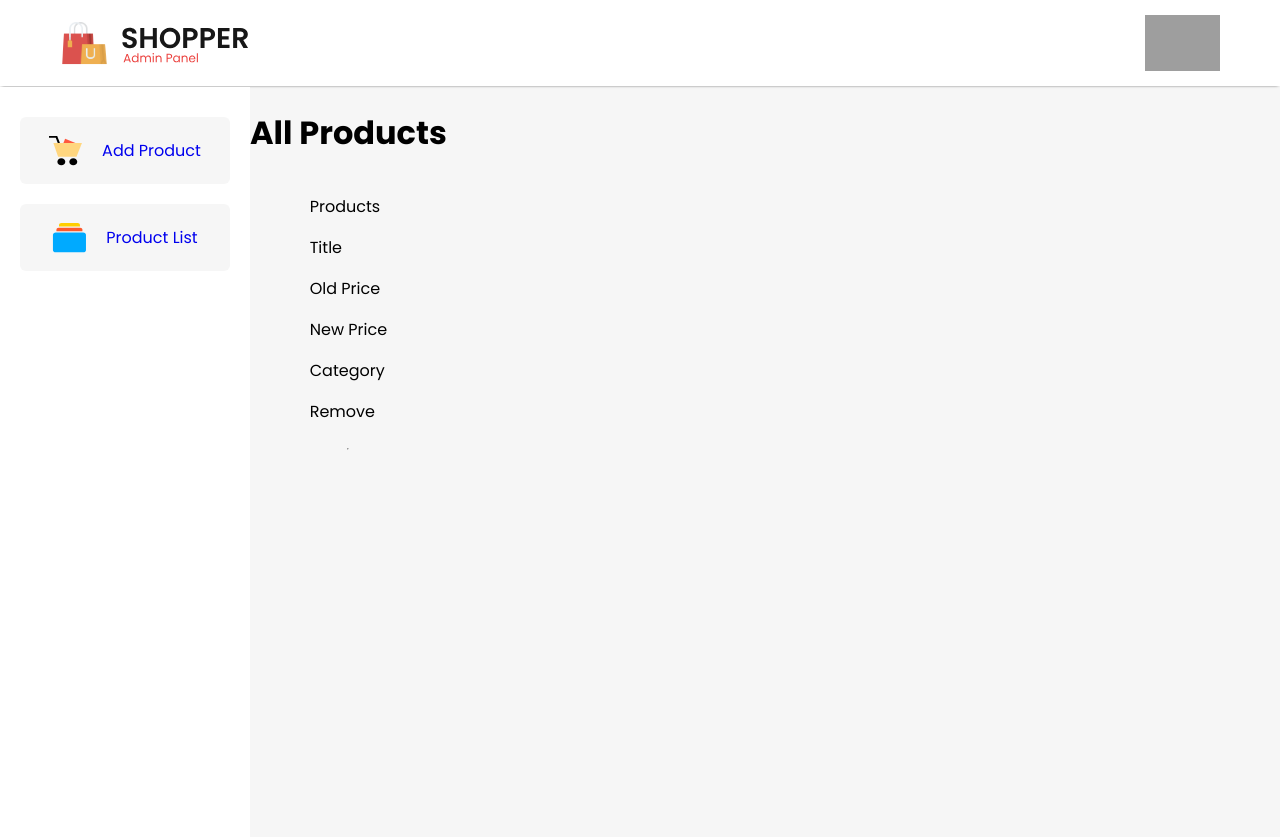
Repository: AiTrinh303/Simple-Shop
Page: /listproduct (app in admin/)
These files come from the project's save history. The page is drawn as it stood at one moment and after a run of saves; the edit follows.
The browser window is 1280 px wide. The pictures show the whole page.
Pictures or frames that could not be fetched are drawn as grey boxes. The page's requests for data from a server got no answer. The project was rebuilt for these pictures with package versions that can differ from the ones it lists, and the page was loaded fresh each time. No one was signed in, and anything a server would have sent is missing. Also part of the build but not shown: admin/vite.config.js, admin/src/Components/AddProduct/AddProduct.css, admin/src/Components/AddProduct/AddProduct.jsx.

Above is the page before, as saved 2024-07-05 22:18:46.

### admin/index.html
<!doctype html>
<html lang="en">
  <head>
    <meta charset="UTF-8" />
    <link rel="icon" type="image/svg+xml" href="/vite.svg" />
    <meta name="viewport" content="width=device-width, initial-scale=1.0" />
    <link rel="preconnect" href="https://fonts.googleapis.com">
    <link rel="preconnect" href="https://fonts.gstatic.com" crossorigin>
    <link href="https://fonts.googleapis.com/css2?family=Poppins:ital,wght@0,100;0,200;0,300;0,400;0,500;0,600;0,700;0,800;0,900;1,100;1,200;1,300;1,400;1,500;1,600;1,700;1,800;1,900&display=swap" rel="stylesheet">
    <title>Admin Page</title>
  </head>
  <body>
    <div id="root"></div>
    <script type="module" src="/src/main.jsx"></script>
  </body>
</html>

### admin/src/main.jsx
import React from 'react'
import ReactDOM from 'react-dom/client'
import App from './App.jsx'
import './index.css'
import {BrowserRouter as Router} from 'react-router-dom'

ReactDOM.createRoot(document.getElementById('root')).render(
  <React.StrictMode>
    <Router>
        <App />
    </Router>
  </React.StrictMode>,
)

### admin/src/App.jsx
import Navbar from "./Components/Navbar/Navbar"
import Admin from "./Pages/Admin/Admin"



function App() {


  return (
    <div>
      <Navbar />
      <Admin />
    </div>
  )
}

export default App

### admin/src/index.css
body{
  margin: 0;
  font-family: 'Poppins';
  background-color: #f6f6f6;
  height: 100vh;
}

### admin/src/Components/Navbar/Navbar.jsx

import './Navbar.css'
import navlogo from '../../assets/nav-logo.svg'
import navProfile from '../../assets/nav-profile.svg'

const Navbar = () => {
  return (
    <div className='navbar'>
      <img src={navlogo} alt="logo" className="nav-logo" />
      <img src={navProfile} alt="" className="nav-profile"/>
    </div>
  )
}

export default Navbar

### admin/src/Pages/Admin/Admin.jsx

import './Admin.css'
import Sidebar from '../../Components/Sidebar/Sidebar'
import {Routes, Route} from 'react-router-dom'
import AddProduct from '../../Components/AddProduct/AddProduct'
import ListProduct from '../../Components/ListProduct/ListProduct'

const Admin = () => {
  return (
    <div className='admin'>
      <Sidebar />
      <Routes>
        <Route path='/addproduct' element={<AddProduct />} />
        <Route path='/listproduct' element={<ListProduct />} />
      </Routes>
    </div>
  )
}

export default Admin

### admin/src/Components/Navbar/Navbar.css
.navbar{
    display: flex;
    align-items: center;
    justify-content: space-between;
    padding: 15px 60px;
    box-shadow: 0 1px 3px -2px #000;
    margin-bottom: 1px;
    background: white;

}
.nav-logo {
    width:200px;
}

.nav-profile{
    width: 75px;
}

@media(max-width: 800px){
    .navbar{
        padding: 15px 30px;
    }
    .nav-logo {
        width:150px;
    }
    .nav-profile{
        width: 60px;
    }
}

### admin/src/Pages/Admin/Admin.css
.admin {
    display: flex;
}

@media (max-width: 800px) {
    .admin {
        flex-direction: column;
    }
}

### admin/src/Components/Sidebar/Sidebar.jsx

import './Sidebar.css'
import { Link } from 'react-router-dom'
import add_product_icon from '../../assets/Product_Cart.svg'
import list_product_icon from '../../assets/Product_list_icon.svg'

const Sidebar = () => {
  return (
    <div className='sidebar'>
      <Link to={'/addproduct'} style = {{textDecoration: "none"}}>
        <div className='sidebarItem'>
            <img src={add_product_icon} alt="" />
            <p>Add Product</p>
        </div>
      </Link>

      <Link to={'/listproduct'} style = {{textDecoration: "none"}}>
        <div className='sidebarItem'>
            <img src={list_product_icon} alt="" />
            <p>Product List</p>
        </div>
      </Link>
    </div>
  )
}

export default Sidebar

### admin/src/Components/ListProduct/ListProduct.jsx
import React, {useEffect, useState} from 'react'
import './ListProduct.css'
import cross_icon from '../../assets/cross_icon.png'

const ListProduct = () => {

  const [allproducts, setAllProducts] = useState([])

  const fetchInfo = async () => {
    await fetch('http://localhost:4000/allproducts')
    .then(response => response.json())
    .then(data => {setAllProducts(data)})
  }

  useEffect(() => {
    fetchInfo()
  }, [])

  return (
    <div className='list-product'>
      <h1>All Products</h1>
      <div className="listproduct-format-main">
        <p>Products</p>
        <p>Title</p>
        <p>Old Price</p>
        <p>New Price</p>
        <p>Category</p>
        <p>Remove</p>
      </div>
      <div className="listproduct-allproducts">
        <hr />
        {allproducts.map((product, index) => {
          return (
            <div className="listproduct-format-main listproduct-format" key={index}>
              <img src={product.image} alt="product" />
              <p>{product.name}</p>
              <p>${product.old_price}</p>
              <p>${product.new_price}</p>
              <p>{product.category}</p>
              <img className='listproduct-remove-icon' src={cross_icon} alt="cross" />
            </div>
          )
        })}
      </div>
    </div>
  )
}

export default ListProduct

### admin/src/Components/Sidebar/Sidebar.css
.sidebar{
    display: flex;
    flex-direction: column;
    padding-top: 30px;
    gap: 20px;
    width: 100%;
    max-width: 250px;
    height: 100vh;
    background: white;
}

.sidebarItem{
    display: flex;
    align-items: center;
    justify-content: center;
    margin: 0 20px;
    padding: 5px 10px;
    border-radius: 6px;
    cursor: pointer;
    background: #f6f6f6;
    gap: 20px;
}

@media(max-width: 800px){
    .sidebar{
        padding: 30px 0px;
        flex-direction: row;
        width: 100%;
        height: auto;
        max-width: none;
        justify-content: center;
    }
    .sidebarItem{
        margin: 0;
    }
}

### admin/src/Components/ListProduct/ListProduct.css
.list-product {
    display: flex;
    flex-direction: column;
    align-items: center;
    width: 100
}

After the next 4 saves:
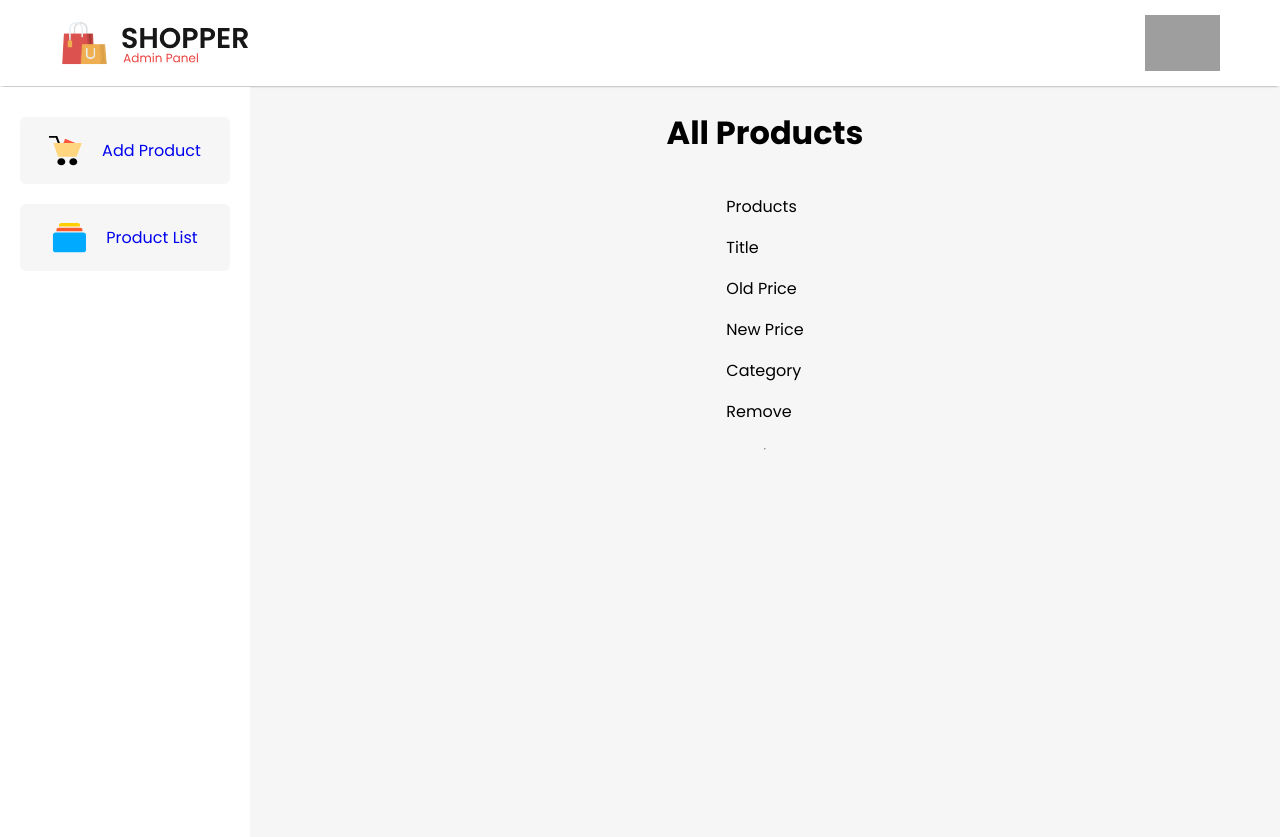
The 4 saves are shown as one change because they came seconds apart.
The last was saved 32 s later.
--- a/admin/src/Components/ListProduct/ListProduct.css
+++ b/admin/src/Components/ListProduct/ListProduct.css
@@ -2,5 +2,6 @@
     display: flex;
     flex-direction: column;
     align-items: center;
-    width: 100
+    width: 100%;
+    height:
 }
